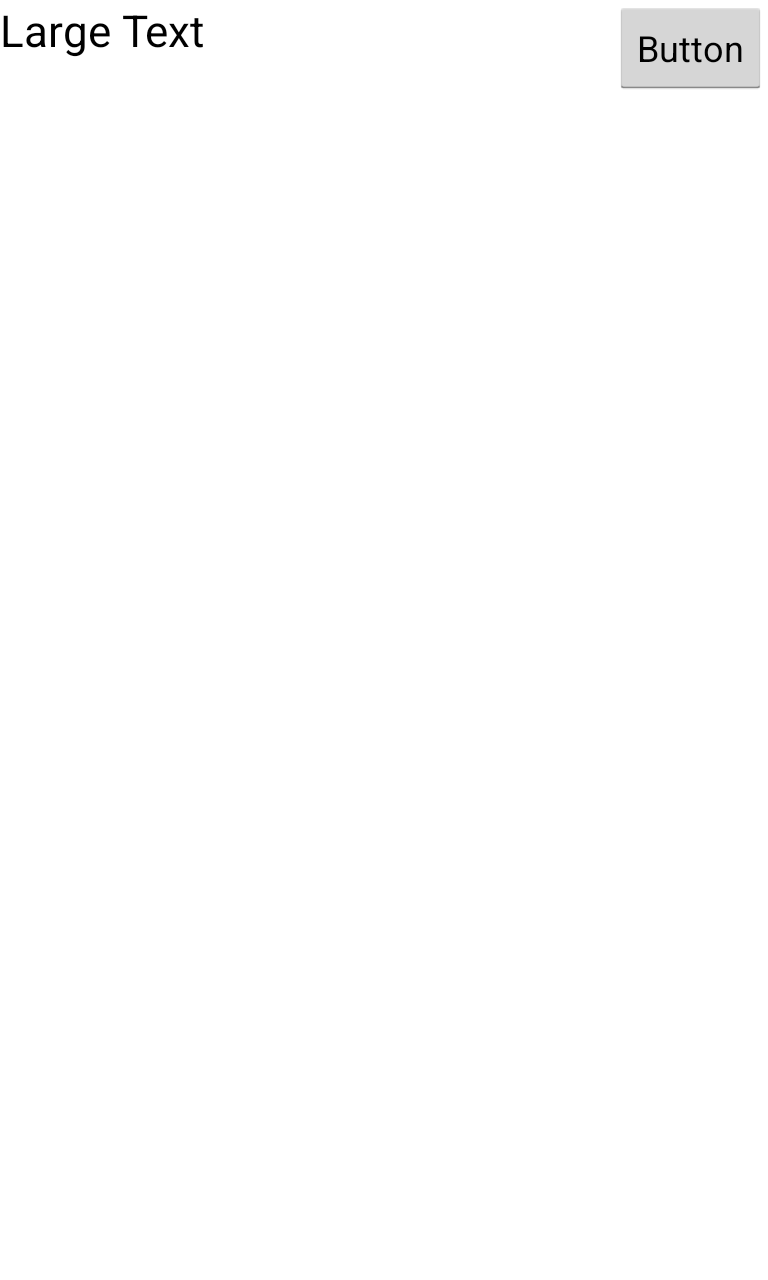
Repository: pajamasi726/AndroidExample
Layout: AndroidExample/Exam04_ListView_DataAdd/res/layout/listitem.xml
These files come from the project's save history. The layout is drawn as it stood at one moment and after the next save; the edit follows.
It is drawn on a 768 x 1280 px phone screen (xhdpi) without system bars, with theme AppTheme; the app's code is not run.

Above is the layout before, as saved 2016-02-02 07:01:11.

After the next save:
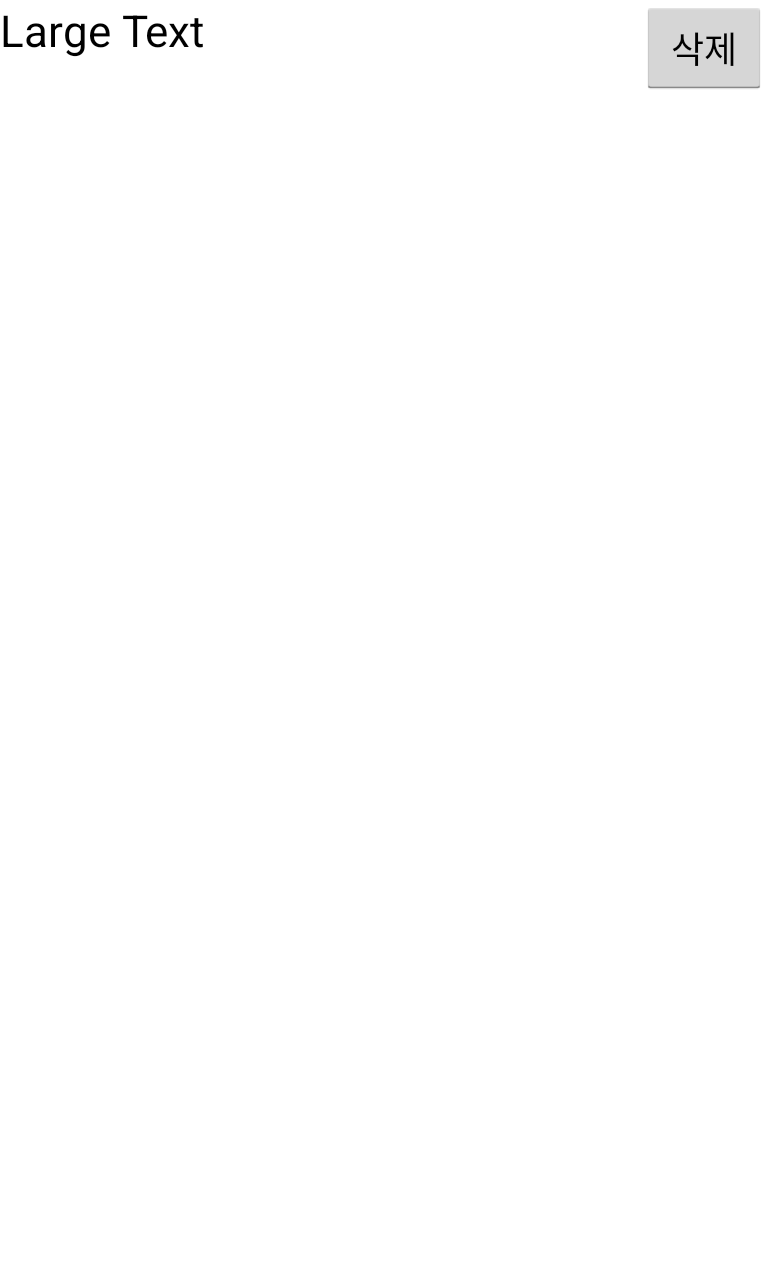
Saved 9 s later.
--- a/AndroidExample/Exam04_ListView_DataAdd/res/layout/listitem.xml
+++ b/AndroidExample/Exam04_ListView_DataAdd/res/layout/listitem.xml
@@ -18,6 +18,6 @@
         android:layout_height="wrap_content"
         android:layout_alignParentRight="true"
         android:layout_alignParentTop="true"
-        android:text="Button" />
+        android:text="삭제" />
 
 </RelativeLayout>
